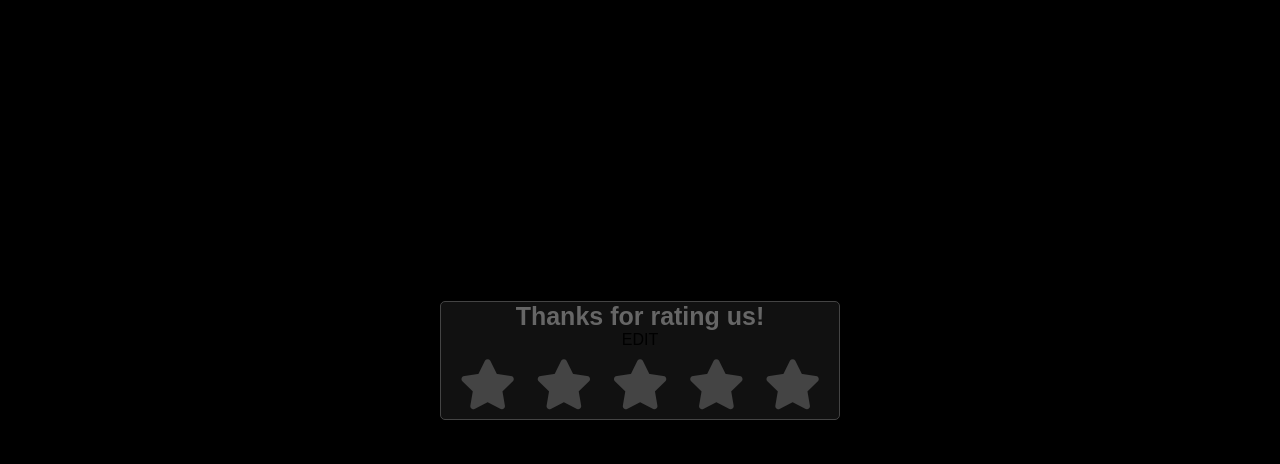
Repository: Suryansh-D/Star-Ratings
Page: index.html
The author's editor kept a copy of each file at every save. The page is drawn from the files as they stood at one save, then again after the next save.
The browser window is 1280 px wide. The pictures show the whole page.

Above is the page before, as saved 2024-02-03 10:26:50.

After the next save:
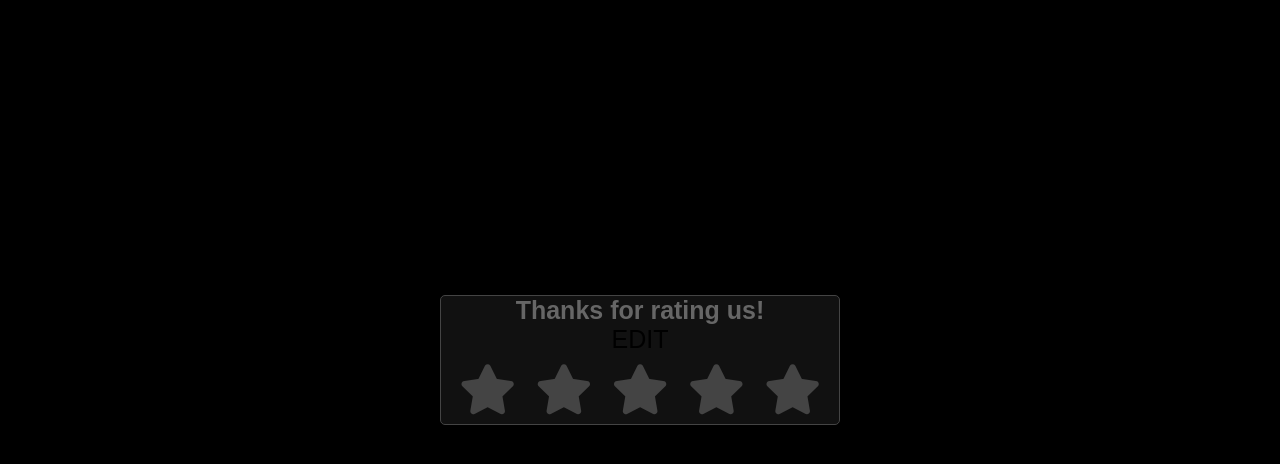
Saved 4 s later.
--- a/style.css
+++ b/style.css
@@ -88,7 +88,8 @@ input#rate-1:checked ~ label{
 
 }
 .container .edit{
-    font-size: ;
+    font-size: 25px;
+    ;
 }
 .container form{
     display: none;
